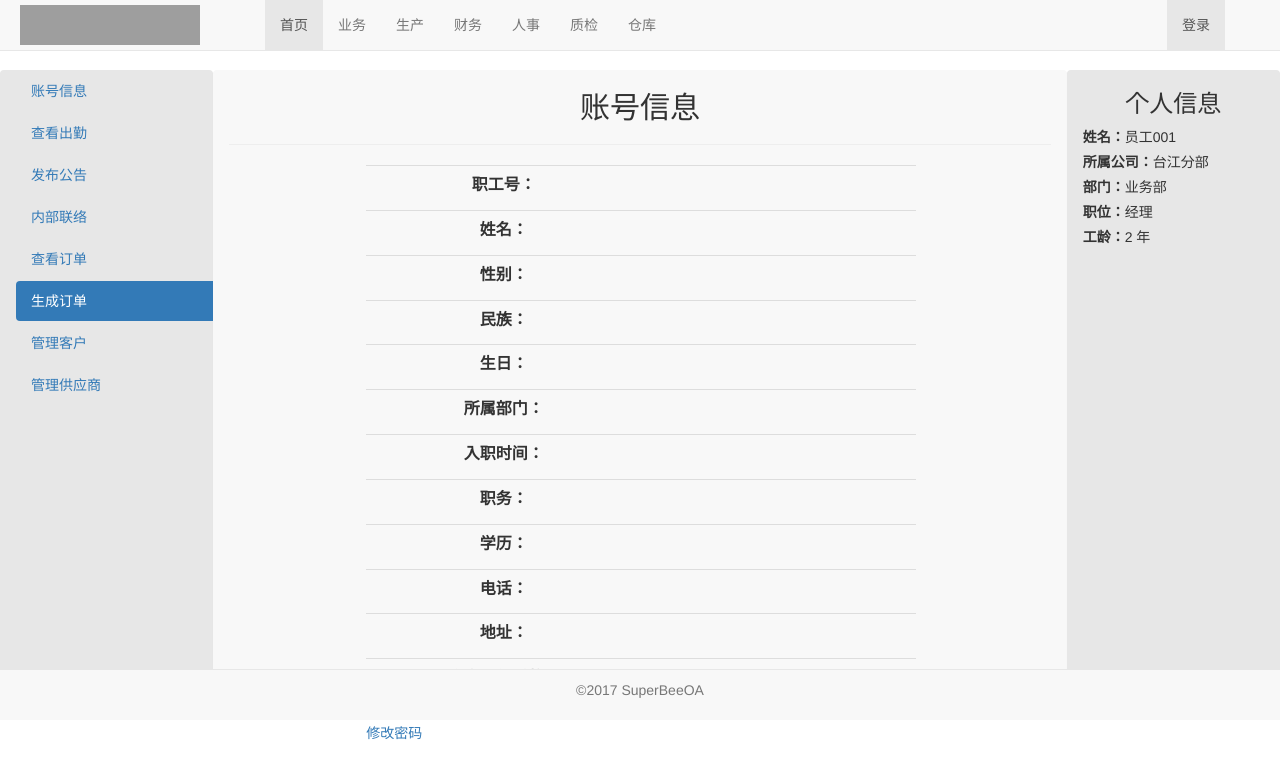
Repository: SuperBeeOA/SuperBeeOA
Page: http://localhost/OA/page/business.jsp
The author's editor kept a copy of each file at every save. The page is drawn from the files as they stood at one save, then again after the next save.
The browser window is 1280 px wide. The pictures show the whole page.
After loading, the first visible `#ao` was clicked once.
The page is served by Tomcat 9. Nobody is signed in. The application's start-up code is not run.

Above is the page before, as saved 2017-12-08 08:13:57.
Console error: SyntaxError: Unexpected token ')'

After the next save:
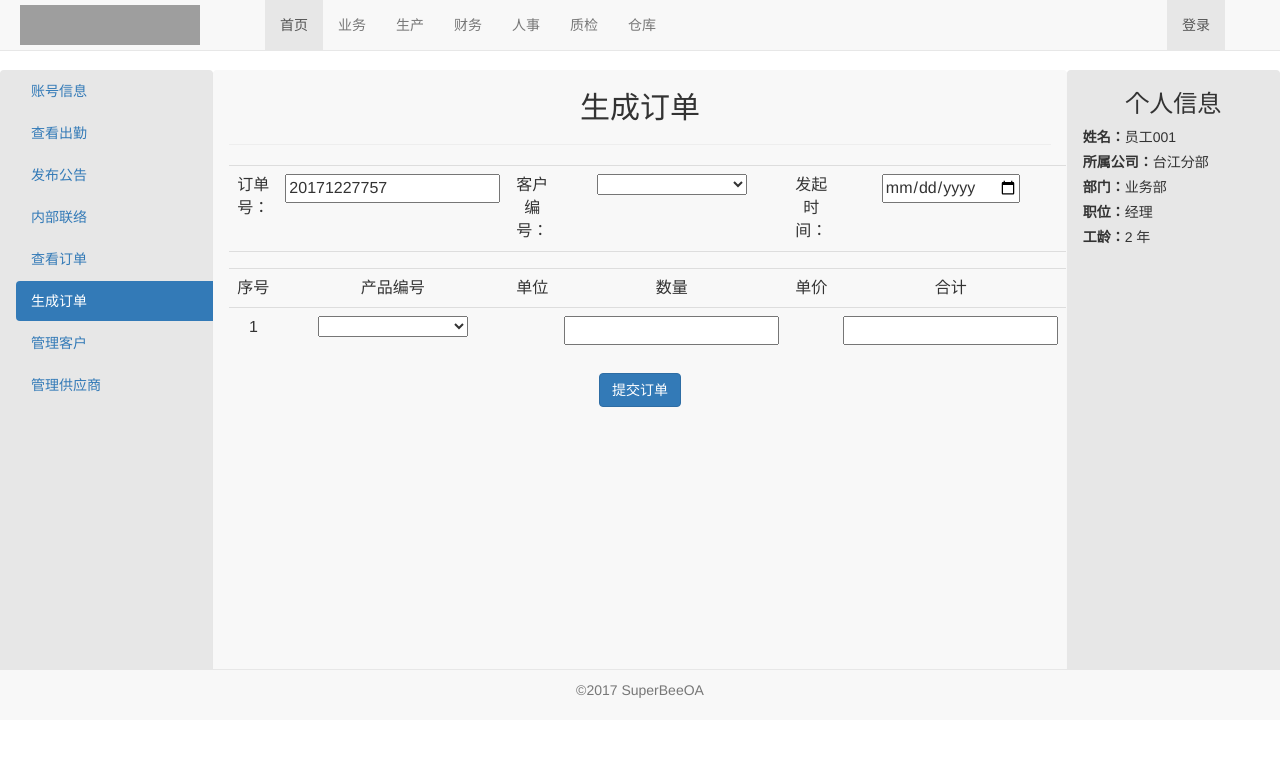
The error is gone.
Saved 95 s later.
--- a/OA/OA/WebRoot/jst/business.js
+++ b/OA/OA/WebRoot/jst/business.js
@@ -75,7 +75,7 @@ $(function() {
 			            "<option value="+this.productid+">"+this.productname+"</option>"
 					);
 					$(".unit").html(this.unit);
-					$(".price").html(this.);
+					$(".price").html(this.productprice);
 				});
 			  });
 
